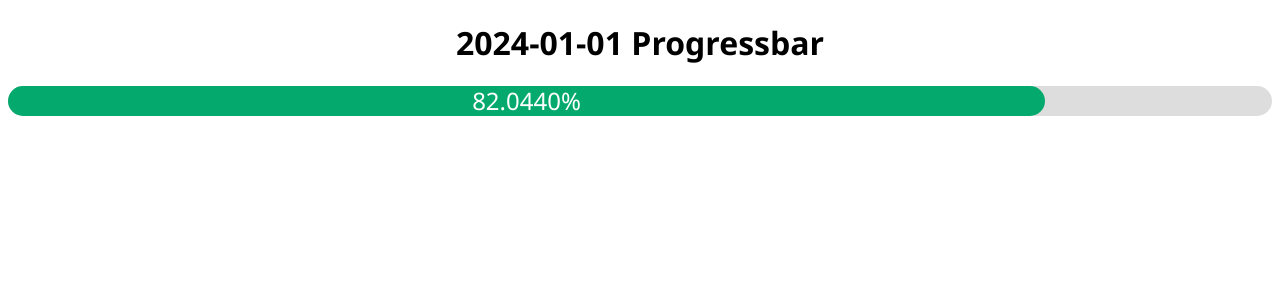
Repository: end888160/end888160.github.io
Page: progress_today.html
The author's editor kept a copy of each file at every save. The page is drawn from the files as they stood at one save, then again after the next save.
The browser window is 1280 px wide. The pictures show the whole page.

Above is the page before, as saved 2024-09-23 14:06:58.

After the next save:
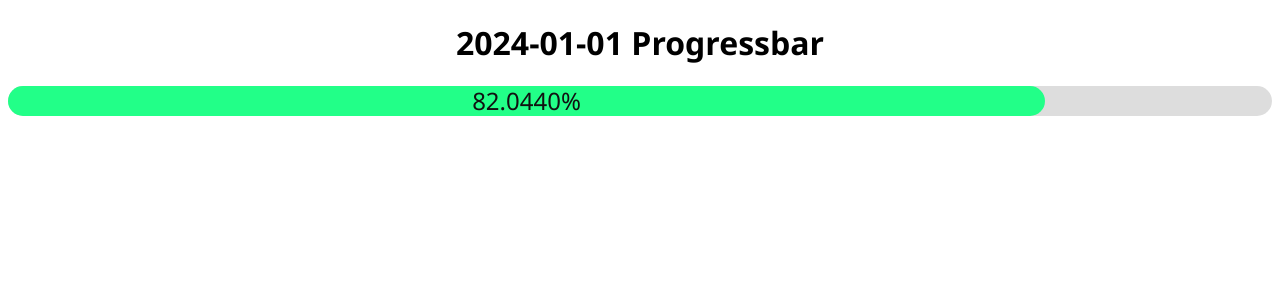
Saved 8 h 41 min later.
--- a/progress_today.html
+++ b/progress_today.html
@@ -1,32 +1,76 @@
 <!DOCTYPE html>
 <html>
+	<title>Progressbar of today</title>
 <style>
 	html {
 		font-family: 'Segoe UI', Tahoma, Geneva, Verdana, sans-serif;
+		transition:ease-out 0.33s;
 	}
 #countDownProgress {
-  width: 100%;
-  background-color: #ddd;
-  border-radius: 1cm;
+	width: 100%;
+	background-color: #ddd;
+	border-radius: 1cm;
 }
 
 #countDownBar {
-  width: 10%;
-  height: 30px;
-  background-color: #04AA6D;
-  text-align: center;
-  line-height: 30px;
-  color: white;
-  border-radius:1cm;
-  font-size: x-large;
+	width: 0%;
+	height: 30px;
+	background-color: #2f8;
+	text-align: center;
+	line-height: 30px;
+	color: #111;
+	border-radius:1cm;
+	font-size: x-large;
+	cursor: wait;
+	transition:ease-out 0.33s;
+
 }
+	@media (prefers-color-scheme: dark) {
+		#countDownProgress {
+			background-color: #333;
+		}
+		#countDownBar {
+			background-color: #496;
+			color: #ddd;
+
+		}
+		html {
+			color: #ddd;
+			background-color: #222;
+			transition:ease-out 0.33s;
+		}
+	}
+	@media only screen and (orientation: portrait) {
+		#countDownBar {
+			height: 50px;
+			font-size: xx-large;
+			padding-top: 2%;
+		}
+		#countDownBar2 {
+			height: 60px;
+			font-size: xx-large;
+		}
+	}
+	@media only screen and (orientation: portrait) {
+		.countDownBar {
+			height: 50px;
+			font-size: xx-large;
+			padding-top: 2%;
+		}
+		h1 {
+			font-size: 8vw;
+		}
+		h2 {
+			font-size: 6vw;
+		}
+	}
 </style>
 <body>
 
 <h1 id="caption" style="text-align: center;"></h1>
 
 <div id="countDownProgress">
-  <div id="countDownBar"></div>
+	<div id="countDownBar"></div>
 </div>
 
 <br>
@@ -34,24 +78,34 @@
 <script>
 	var i=0
 function progress() {
-	var countDownTarget = new Date().getFullYear() + 1;
-  if (i == 0) {
-    i = 1;
-    var elem = document.getElementById("countDownBar");
-    var width = 0;
-    function frame() {
-      document.getElementById("caption").innerHTML = new Date().getFullYear() + "-" + ((new Date().getMonth()+1) < 10 ? "0" + (new Date().getMonth()+1) : (new Date().getMonth()+1)) + "-" + (new Date().getDate() < 10 ? "0" + new Date().getDate() : new Date().getDate()) + " Progressbar";
-      if (((new Date().getTime() - new Date("Jan 1, " + ( countDownTarget - 1) + " 00:00:00")) / ( new Date("Jan 1, " + countDownTarget + " 00:00:00").getTime() - new Date("Jan 1, " + ( countDownTarget - 1) + " 00:00:00")) * 100).toFixed(8) >= 100) {
-        clearInterval(id);
-        i = 0;
-      } else {
-        elem.style.width = ((new Date().getHours() * 3600000 + new Date().getMinutes() * 60000 + new Date().getSeconds() * 1000 + new Date().getMilliseconds()) / 864000).toFixed(4) + "%";
-        elem.innerHTML = ((new Date().getHours() * 3600000 + new Date().getMinutes() * 60000 + new Date().getSeconds() * 1000 + new Date().getMilliseconds()) / 864000).toFixed(4)  + "%";
-      }
-    }
+	if (i == 0) {
+		i = 1;
+		var elem = document.getElementById("countDownBar");
+		var width = 0;
+		function frame() {
+			var today = new Date();
+			var year = today.getFullYear();
+			var months = today.getMonth() + 1;
+			var days = today.getDate();
+			var month = months < 10 ? "0" + months : months;
+			var day = days < 10 ? "0" + days : days;
+
+
+			var empty = (new Date().getHours() * 3600000 + new Date().getMinutes() * 60000 + new Date().getSeconds() * 1000 + new Date().getMilliseconds())
+			var full = 864000
+
+			if (( empty / full ) >= 100) {
+				clearInterval(id);
+				i = 0;
+			} else {
+				document.getElementById("caption").innerHTML = year + "-" + month + "-" + day + " Progressbar";
+				elem.style.width = ( empty / full ).toFixed(4) + "%";
+				elem.innerHTML = ( empty / full ).toFixed(4)  + "%";
+			}
+		}
 
 	setInterval(frame, 50);
-  }
+	}
 
 }
 function count() {
